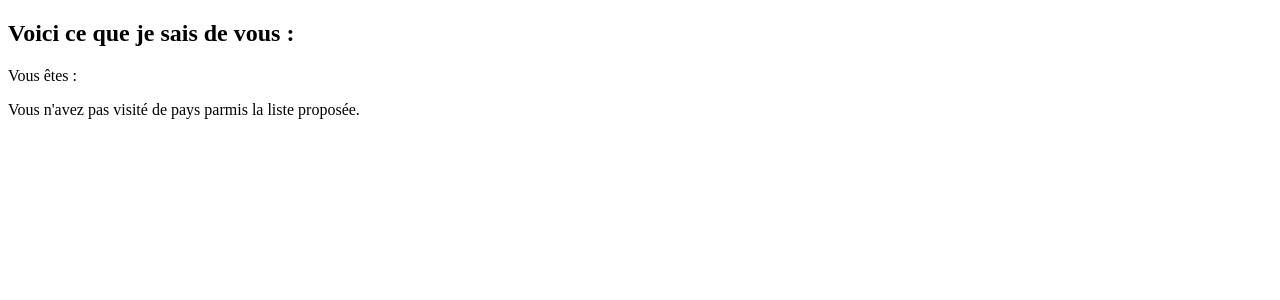
Repository: softreaver/WorkSpace
Page: http://localhost/jstl/initProcess.jsp
The author's editor kept a copy of each file at every save. The page is drawn from the files as they stood at one save, then again after the next save.
The browser window is 1280 px wide. The pictures show the whole page.
The page is served by Tomcat 9.

Above is the page before, as saved 2018-05-15 08:26:16.

After the next save:
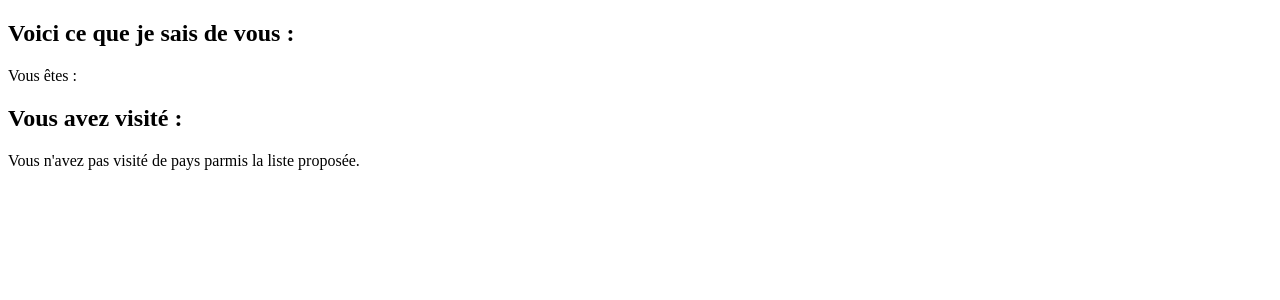
Saved 24 s later.
--- a/jstl/WebContent/initProcess.jsp
+++ b/jstl/WebContent/initProcess.jsp
@@ -30,6 +30,7 @@
 		<c:out value="Vous êtes : ${ param.nom } ${ param.prenom }"/>
 	</p>
 
+	<h2>Vous avez visité :</h2>
 	<p>
 		<c:choose>
 			<c:when test="${ !empty paramValues.pays }">
